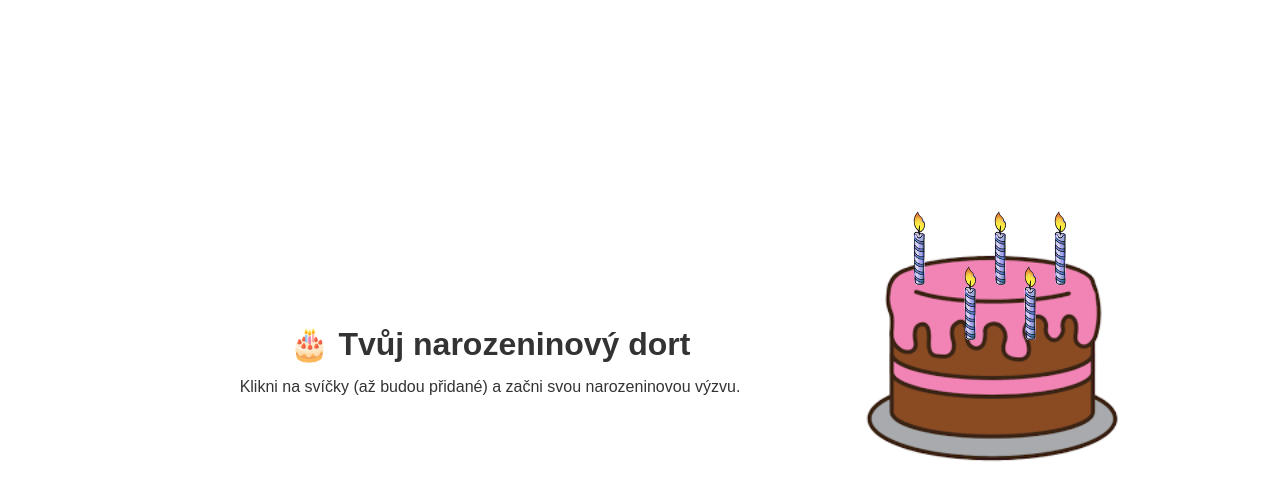
Repository: DanielMicka/darek
Page: html/cake.html
An editor plug-in stored every save of this project. The page is shown before and after the next save, followed by the edit.
The browser window is 1280 px wide. The pictures show the whole page.

Above is the page before, as saved 2026-06-13 19:24:34.

### html/cake.html
<!DOCTYPE html>
<html lang="cs">

<head>
    <meta charset="UTF-8">
    <title>Dort 🎂</title>
    <link rel="stylesheet" href="styles.css">
</head>

<body>

    <div class="container fade">

        <h2>🎂 Tvůj narozeninový dort</h2>

        <p>Klikni na svíčky (až budou přidané) a začni svou narozeninovou výzvu.</p>


    </div>

        <div class="cake-wrapper">
            <img src="/cake.png" class="cake">

            <!-- Svíčka 1 -->
            <img src="/svíčka_ende.png" class="candle c1" data-id="1">

            <!-- Svíčka 2 -->
            <img src="/svíčka_ende.png" class="candle c2" data-id="2">

            <!-- Svíčka 3 -->
            <img src="/svíčka_ende.png" class="candle c3" data-id="3">

            <!-- Svíčka 4 -->
            <img src="/svíčka_ende.png" class="candle c4" data-id="4">

            <!-- Svíčka 5 -->
            <img src="/svíčka_ende.png" class="candle c5" data-id="5">
        </div>


</body>

</html>

### html/styles.css
/* Reset */
* {
    margin: 0;
    padding: 0;
    box-sizing: border-box;
}

body {
    font-family: "Poppins", sans-serif;
    background: white;
    color: #333;
    display: flex;
    justify-content: center;
    align-items: center;
    min-height: 100vh; /* vždy na střed */
    text-align: center;
    padding: 20px;
}

/* Kontejner pro obsah */
.container {
    max-width: 700px;
    width: 100%;
}

/* Obrázky */
img {
    max-width: 100%;
    height: auto;
}

/* Tlačítko */
.btn {
    margin-top: 35px;
    padding: 15px 35px;
    font-size: 1.2rem;
    border: none;
    border-radius: 30px;
    background: #4aa3ff;
    color: white;
    cursor: pointer;
    transition: 0.3s;
}

.btn:hover {
    background: #1f8bff;
    transform: scale(1.05);
}

/* Nadpisy */
h1 {
    font-size: 2.6rem;
    margin-bottom: 15px;
}

h2 {
    font-size: 2rem;
    margin-bottom: 15px;
}

/* Animace */
@keyframes fadeIn {
    from { opacity: 0; transform: translateY(20px); }
    to   { opacity: 1; transform: translateY(0); }
}

.fade {
    animation: fadeIn 1.2s ease;
}
.cake-wrapper {
    position: relative;
    display: inline-block;
}

.cake {
    width: 300px;
}

/* Všechny svíčky */
.candle {
    position: absolute;
    width: 80px; /* upravíš podle obrázku */
    cursor: pointer;
}
/* Svíčka 1 */
.c1 {
    top: 0.1%;
    left: 13%;
}

/* Svíčka 2 */
.c2 {
    top: 0,01%;
    left: 40%;
}

/* Svíčka 3 */
.c3 {
    top: 0.1%;
    left: 60%;
}

/* Svíčka 4 */
.c4 {
    top: 18%;
    left: 30%;
}

/* Svíčka 5 */
.c5 {
    top: 18%;
    left: 50%;
}

After the next save:
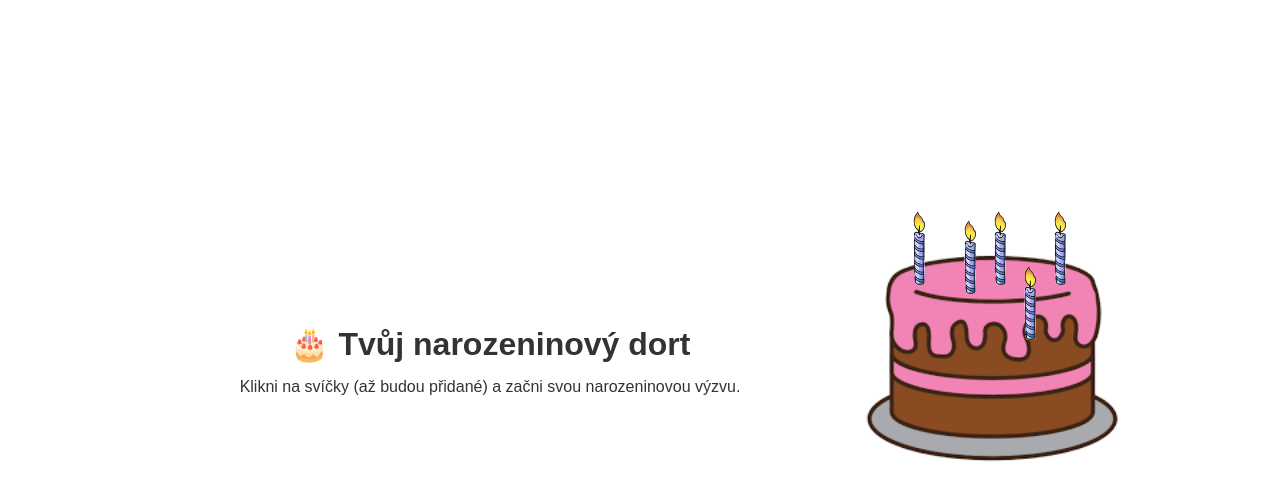
Saved 7 s later.
--- a/html/styles.css
+++ b/html/styles.css
@@ -102,7 +102,7 @@
 
 /* Svíčka 4 */
 .c4 {
-    top: 18%;
+    top: 3%;
     left: 30%;
 }
 
